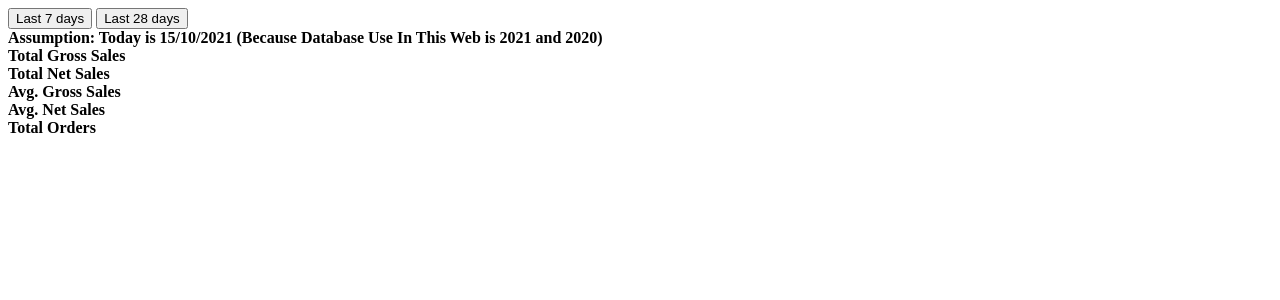
Repository: quockhuongtrann/Ecommerce-Website-With-Spring-Framework
Page: http://localhost/reports/sales_report_by_date
These files come from the project's save history. The page is drawn as it stood at one moment and after the next save; the edit follows.
The browser window is 1280 px wide. The pictures show the whole page.
The page is this project's Thymeleaf template; nobody is signed in. The template is opened directly, without the code that normally fills it, so the values that code supplies are empty.

Above is the page before, as saved 2023-01-18 12:03:06.

After the next save:
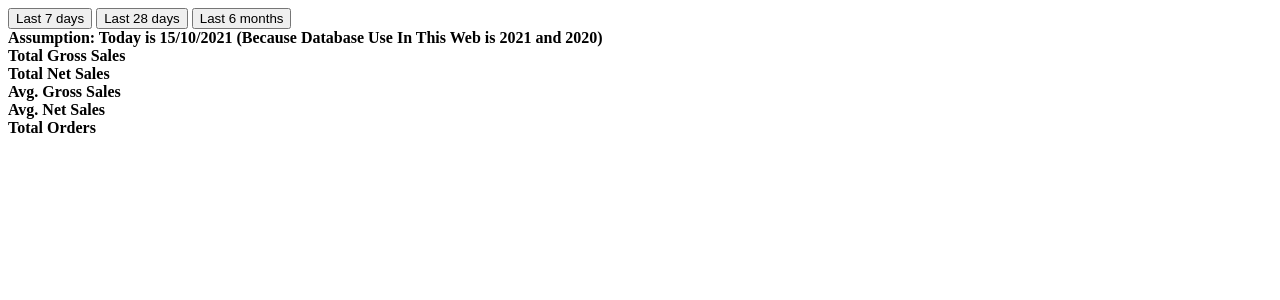
Saved 92 s later.
--- a/ShopTqkProject/ShopTqkWebParent/ShopTqkBackend/src/main/resources/templates/reports/sales_report_by_date.html
+++ b/ShopTqkProject/ShopTqkWebParent/ShopTqkBackend/src/main/resources/templates/reports/sales_report_by_date.html
@@ -5,6 +5,7 @@
 	<div>
 		<button period="last_7_days" class="btn btn-primary button-sales-by-date m-1">Last 7 days</button>
 		<button period="last_28_days" class="btn btn-light button-sales-by-date m-1">Last 28 days</button>
+		<button period="last_6_months" class="btn btn-light button-sales-by-date m-1">Last 6 months</button>
 		<div><b>Assumption: Today is 15/10/2021 (Because Database Use In This Web is 2021 and 2020)</b></div>
 	</div>
 
